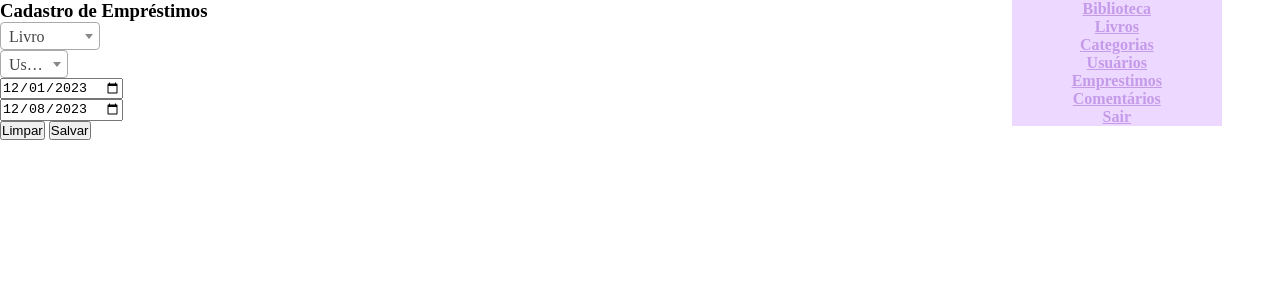
Repository: Matheus-Ghizoni/Rainbow-Library
Page: arcoiris/src/main/webapp/pages/admin/loan.html
An editor plug-in stored every save of this project. The page is shown before and after the next save, followed by the edit.
The browser window is 1280 px wide. The pictures show the whole page.
The page's requests for data from a server got no answer. Some web libraries are served in a nearby version.

Above is the page before, as saved 2023-12-06 17:54:44.
Console error: ReferenceError: jQuery is not defined

### arcoiris/src/main/webapp/pages/admin/loan.html
<html lang="en">

<head>
	<meta charset="UTF-8">
	<meta name="viewport" content="width=device-width, initial-scale=1.0">
	<link rel="stylesheet" href="../../css/admin.css">
	<link rel="stylesheet" type="text/css" href="../../css/jquery-ui.css">
	<link href="https://cdn.jsdelivr.net/npm/select2@4.1.0-beta.1/dist/css/select2.min.css" rel="stylesheet" />
	<script src="../../js/loan.js"></script>
	<script src="../../js/jquery-ui.js"></script>
	<script src="https://code.jquery.com/jquery-3.6.4.min.js"
		integrity="sha256-oP6HI9z1XaZNBrJURtCoUT5SUnxFr8s3BzRl+cbzUq8=" crossorigin="anonymous"></script>
	<script src="https://cdn.jsdelivr.net/npm/select2@4.1.0-beta.1/dist/js/select2.min.js"></script>
	<title>Loan</title>
</head>

<body>
	<!-- Menu -->
	<div class="menu">
		<div class="d-flex justify-content-center">
			<img class="menu-img" src="../../imgs/menu.png">
		</div>
	</div>
	<div class="modal-menu">
		<a href="library.html">Biblioteca</a> <br>
		<a href="book.html">Livros</a> <br>
		<a href="category.html">Categorias</a> <br>
		<a href="user.html">Usuários</a> <br>
		<a href="loan.html">Emprestimos</a> <br>
		<a href="comment.html">Comentários</a><br>
		<a href="../../index.html">Sair</a>
	</div>

	<!--	Modal Emprestimo  -->
	<h3>Cadastro de Empréstimos</h3>
	<form class="frmloan">
		<select name="type" class="selectBooks" id="selectBooks" onload="getAllBooks()" style="width: 100px;">
			<option value="">Livro</option>
		</select><br>
		<select name="type" class="selectUsers" id="selectUsers" onload="getAllUsers()">
			<option value="">Usuário</option>
		</select><br>
		<input type="date" placeholder="Data de empréstimo" id="inputStartDateLoan"><br>
		<input type="date" placeholder="Prazo de Devolução" id="inputDeadlineDateLoan"><br>
		<button type="reset">Limpar</button>
		<button onclick="insertLoan()">Salvar</button>
	</form>

</body>
<script>
	$(document).ready(function () {
		$('.selectUsers').select2();
		$('.selectBooks').select2();
	});
</script>

</html>

### arcoiris/src/main/webapp/css/admin.css
/* Reset */
* {
	padding: 0;
	margin: 0;
	box-sizing: border-box;
}

/* Menu */
.menu {
	position: absolute;
	top: 30px;
	right: 130px;
}

.menu-img {
	width: 70px;
	height: 70px;
}

/* Menu Modal*/
.modal-menu {
	background: #EDD9FF;
	display: block;
	position: fixed;
	align-items: center;
	text-align: center;
	right: 58px;
}

.modal-menu a {
	color: #C49AE9;
	font-weight: bold;
	margin: 60px;
}

.edit {
	width: 16px;
	height: 16px;
}

### arcoiris/src/main/webapp/js/loan.js
document.addEventListener("DOMContentLoaded", function() {
	getStartDate();
	getDeadlineDate();
	getAllUsers();
	getAllBooks();
});

function getStartDate() {
	let today = new Date();
	let date = today.getFullYear() + '-' +
		(today.getMonth() + 1).toString().padStart(2, '0') + '-' +
		today.getDate().toString().padStart(2, '0');
	document.getElementById('inputStartDateLoan').value = date;
}

function getDeadlineDate() {
	let today = new Date();
	let date = today.getFullYear() + '-' +
		(today.getMonth() + 1).toString().padStart(2, '0') + '-' +
		(today.getDate() + 7).toString().padStart(2, '0');
	document.getElementById('inputDeadlineDateLoan').value = date;
}

function getAllUsers() {
	$.ajax({
		type: "GET",
		url: "/arcoiris/rest/user/getAllUsers",
		success: function(data) {
			dados = JSON.parse(data);
			displayUsers(dados);
		},
		error: function(info) {
			alert("Erro ao buscar usuários: " + info.status + " - " + info.statusText);
		}
	})
}

function displayUsers(listUsers) {
	select = "#selectUsers";
	if (listUsers != "") {
		$(select).html("");
		var option = document.createElement("option");
		option.setAttribute("value", "");
		option.innerHTML = ("Selecione");
		$(select).append(option);

		for (var i = 0; i < listUsers.length; i++) {
			if (listUsers[i].status == 1) {
				var option = document.createElement("option");
				option.setAttribute("value", listUsers[i].CPF);
				option.innerHTML = (listUsers[i].name);
				$(select).append(option);
			}
		}

	} else {
		$(select).html("");

		var option = document.createElement("option");
		option.setAttribute("value", "");
		option.innerHTML = ("Cadastre um usuário primeiro!");
		$(select).append(option);
		$(select).addClass("aviso");
	}
}

function getAllBooks() {
	const title = "";
	$.ajax({
		type: "GET",
		url: "/arcoiris/rest/book/getAllBooks",
		data: "title=" + title,
		success: function(dados) {
			dados = JSON.parse(dados);
			displayBooks(dados);
			console.log(dados)
		},
		error: function(info) {
			alert("Erro ao buscar livros: " + info.status + " - " + info.statusText);
		}
	})
}

function displayBooks(listBooks) {
	select = "#selectBooks";
	if (listBooks != "") {
		$(select).html("");
		var option = document.createElement("option");
		option.setAttribute("value", "");
		option.innerHTML = ("Selecione");
		$(select).append(option);

		for (var i = 0; i < listBooks.length; i++) {
			if (listBooks[i].status == 1) {
				var option = document.createElement("option");
				option.setAttribute("value", listBooks[i].code);
				option.innerHTML = (listBooks[i].title);
				$(select).append(option);
			}
		}

	} else {
		$(select).html("");

		var option = document.createElement("option");
		option.setAttribute("value", "");
		option.innerHTML = ("Cadastre um livro primeiro!");
		$(select).append(option);
		$(select).addClass("aviso");
	}
}

function insertLoan() {
	const bookLoan = document.getElementById("inputBookLoan");
	const userLoan = document.getElementById("inputUserLoan");
	const deadlineDateLoan = document.getElementById("inputDeadlineDateLoan");

	const loan = {
		book: bookLoan.value,
		user: userLoan.value,
		startDate: startDateLoan.value,
		deadlineDate: deadlineDateLoan.value
	};

	if ((loan.book == "") || (loan.user == "") || (loan.startDate == "") || (loan.deadlineDate == "")) {
		alert("Preencha todos os campos!");
	} else {
		$.ajax({
			type: "POST",
			url: "/arcoiris/rest/loan/insert",
			data: JSON.stringify(loan),
			success: function(msg) {
				alert(msg);
				$("#frmloan").trigger("reset");
			},
			error: function(info) {
				alert("Erro realizar um novo empréstimo: " + info.status + " - " + info.statusText);
			}
		});
	}
}

Loaded but not shown: arcoiris/src/main/webapp/css/jquery-ui.css (library); arcoiris/src/main/webapp/js/jquery-ui.js (library)

After the next save:
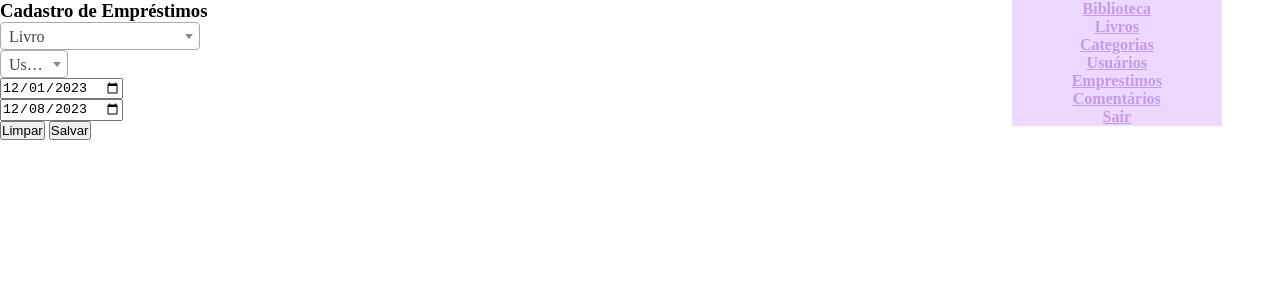
Saved 11 s later.
--- a/arcoiris/src/main/webapp/pages/admin/loan.html
+++ b/arcoiris/src/main/webapp/pages/admin/loan.html
@@ -34,7 +34,7 @@
 	<!--	Modal Emprestimo  -->
 	<h3>Cadastro de Empréstimos</h3>
 	<form class="frmloan">
-		<select name="type" class="selectBooks" id="selectBooks" onload="getAllBooks()" style="width: 100px;">
+		<select name="type" class="selectBooks" id="selectBooks" onload="getAllBooks()" style="width: 200px;">
 			<option value="">Livro</option>
 		</select><br>
 		<select name="type" class="selectUsers" id="selectUsers" onload="getAllUsers()">
